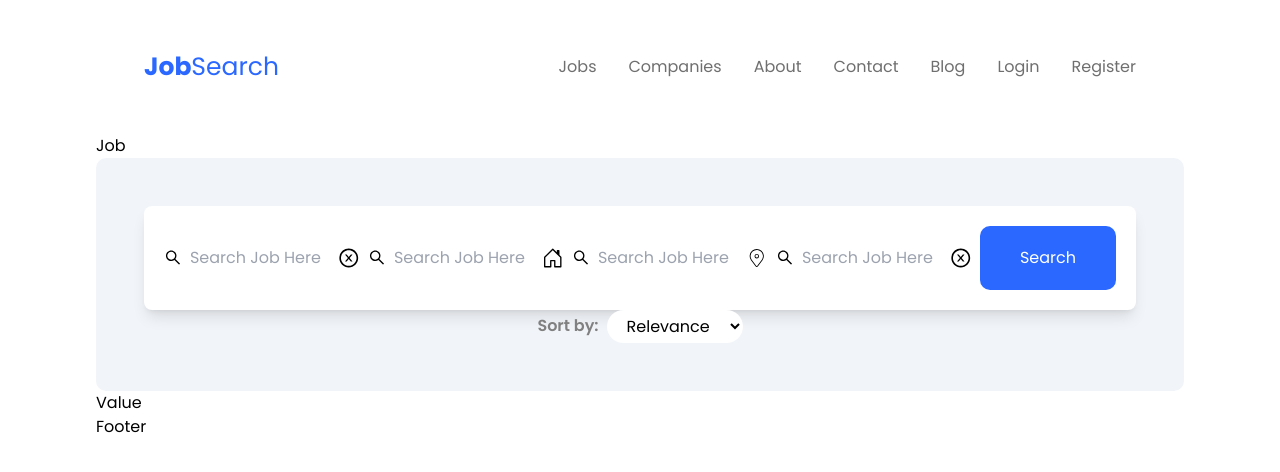
Repository: countaustin1990/Job-Search-website
Page: / (app in vite-project/)
The author's editor kept a copy of each file at every save. The page is drawn from the files as they stood at one save, then again after the next save.
The browser window is 1280 px wide. The pictures show the whole page.
The project was rebuilt for these pictures with package versions that can differ from the ones it lists, and the page was loaded fresh each time. Also part of the build but not shown: vite-project/vite.config.js.

Above is the page before, as saved 2023-08-12 17:50:09.

After the next save:
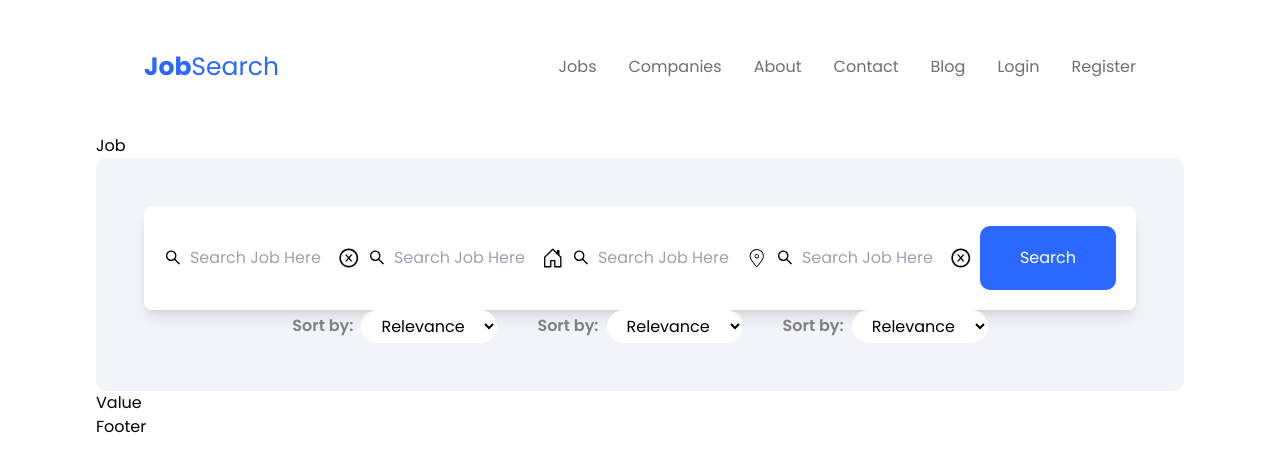
Saved 2 min 6 s later.
--- a/vite-project/src/components/Search.jsx
+++ b/vite-project/src/components/Search.jsx
@@ -54,6 +54,32 @@ const Search = () => {
                         <option value=''>Contains</option>
                     </select>
                 </div>
+
+                <div className='singleSearch flex items-center gap-2'>
+                    <label htmlFor='relevance' className='text-[#808080] font-semibold'>
+                        Sort by:
+                    </label>
+
+                    <select name='' id='relevance' className='bg-white rounded-[34px] px-4 py-1'>
+                        <option value=''>Relevance</option>
+                        <option value=''>Inclusive</option>
+                        <option value=''>Start with</option>
+                        <option value=''>Contains</option>
+                    </select>
+                </div>
+
+                <div className='singleSearch flex items-center gap-2'>
+                    <label htmlFor='relevance' className='text-[#808080] font-semibold'>
+                        Sort by:
+                    </label>
+
+                    <select name='' id='relevance' className='bg-white rounded-[34px] px-4 py-1'>
+                        <option value=''>Relevance</option>
+                        <option value=''>Inclusive</option>
+                        <option value=''>Start with</option>
+                        <option value=''>Contains</option>
+                    </select>
+                </div>
             </div>
         </div>
     )
